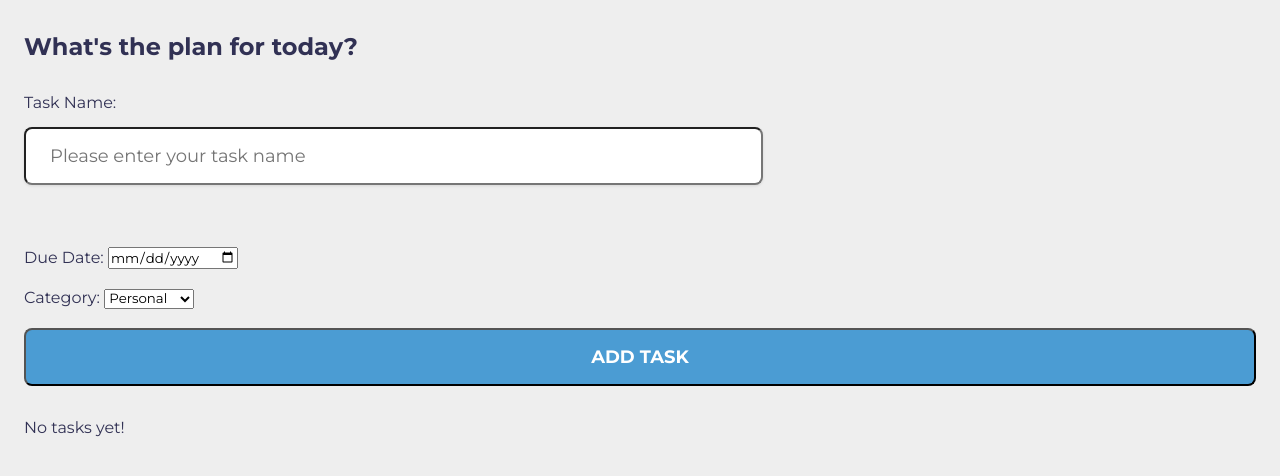
Repository: comp426-2023-spring/a99-SnowPile
Page: http://localhost/
These files come from the project's save history. The page is drawn as it stood at one moment and after the next save; the edit follows.
The browser window is 1280 px wide. The pictures show the whole page.
Some web fonts or font styles are not loaded; a fallback is used. The page is served by the project's Node server (app.js).

Above is the page before, as saved 2023-04-15 21:29:53.

After the next save:
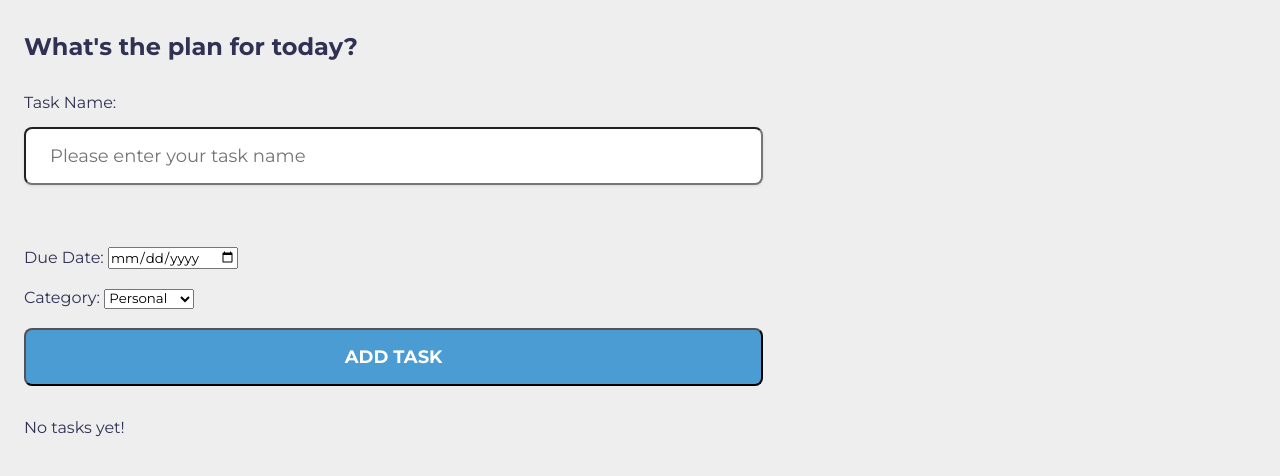
Saved 12 s later.
--- a/frontend/public/style.css
+++ b/frontend/public/style.css
@@ -37,7 +37,7 @@ h2{
 
 .create-todo input[type="submit"]{
 	display: block;
-	width: 100%;
+	width: 60%;
 	font-size: 1.125rem;
 	padding: 1rem 1.5rem;
 	color: #FFF;
